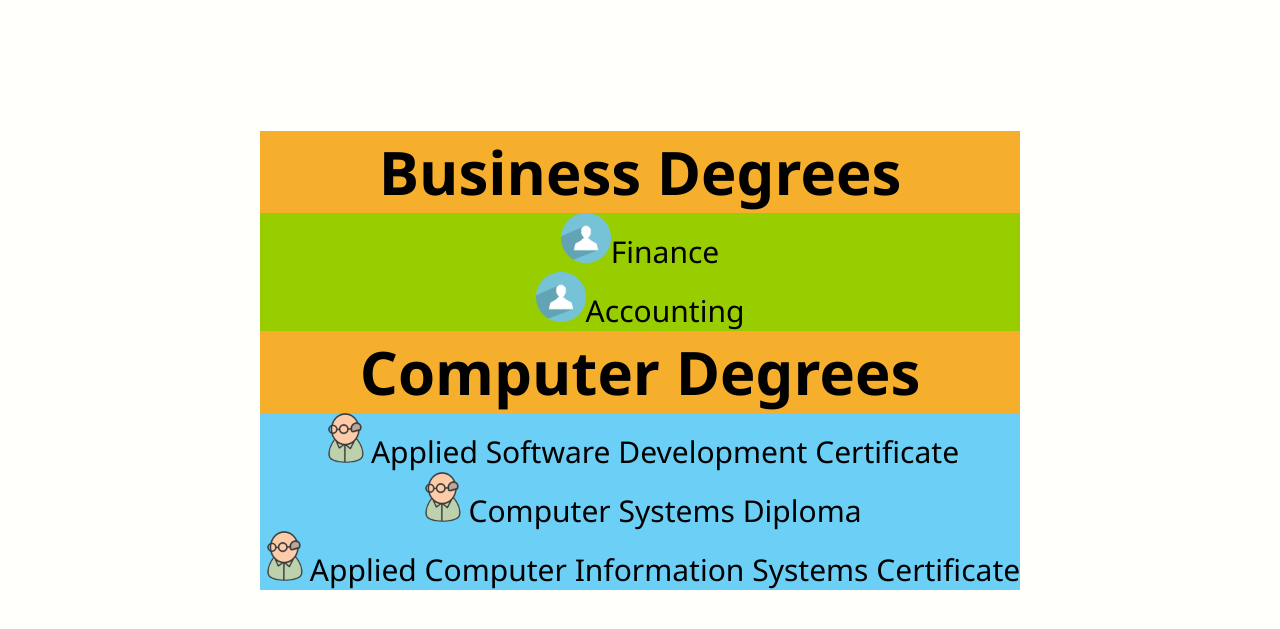
Repository: NeemaToto/mdia2109week3
Page: /
An editor plug-in stored every save of this project. The page is shown before and after the next save, followed by the edit.
The browser window is 1280 px wide. The pictures show the whole page.
The project was rebuilt for these pictures with package versions that can differ from the ones it lists, and the page was loaded fresh each time. The framework's server and built-in components were replaced by stand-ins that run in the browser. Also part of the build but not shown: next.config.js.

Above is the page before, as saved 2023-01-19 12:53:22.

### pages/index.js
import Head from 'next/head'
import Image from 'next/image'
import { Inter } from '@next/font/google'
import styles from '@/styles/Home.module.css'
import data from '../data/education.json'
import { useState } from 'react'
import Card from '../components/card'
import Link from 'next/link'

const inter = Inter({ subsets: ['latin'] })

export default function Home() {
  console.log(data);
  const [information, setInformation] = useState([...data]);

  return (
    <>
      <Head>
        <title>Departments of School</title>
        <meta name="description" content="Generated by create next app" />
        <meta name="viewport" content="width=device-width, initial-scale=1" />
        <link rel="icon" href="/degree-icon.png"/>
      </Head>
      <main className={styles.main}>
        <div className={styles.degrees}>
          <h1 className=''>Business Degrees</h1>
          {
            information && information.map((info, index) => {
              if (info.department === "Business") {
                return (
                  <Card key={index} degree={info.degree} colour="#98CE00" font="30px" />
                )
              }
            })
          }
          <h1>Computer Degrees</h1>
          {
            information && information.map((info, index) => {
              if (info.department === "Computing") {
                return (
                  <Card key={index} degree={info.degree} colour="#6CCFF6" font="30px" />
                )
              }
            })
          }
        </div>
      </main>
    </>
  )
}

### styles/globals.css
:root {
  --max-width: 1100px;
  --border-radius: 12px;
  --font-mono: ui-monospace, Menlo, Monaco, 'Cascadia Mono', 'Segoe UI Mono',
    'Roboto Mono', 'Oxygen Mono', 'Ubuntu Monospace', 'Source Code Pro',
    'Fira Mono', 'Droid Sans Mono', 'Courier New', monospace;

  --foreground-rgb: 0, 0, 0;
  --background-start-rgb: 214, 219, 220;
  --background-end-rgb: 255, 255, 255;

  --primary-glow: conic-gradient(
    from 180deg at 50% 50%,
    #16abff33 0deg,
    #0885ff33 55deg,
    #54d6ff33 120deg,
    #0071ff33 160deg,
    transparent 360deg
  );
  --secondary-glow: radial-gradient(
    rgba(255, 255, 255, 1),
    rgba(255, 255, 255, 0)
  );

  --tile-start-rgb: 239, 245, 249;
  --tile-end-rgb: 228, 232, 233;
  --tile-border: conic-gradient(
    #00000080,
    #00000040,
    #00000030,
    #00000020,
    #00000010,
    #00000010,
    #00000080
  );

  --callout-rgb: 238, 240, 241;
  --callout-border-rgb: 172, 175, 176;
  --card-rgb: 180, 185, 188;
  --card-border-rgb: 131, 134, 135;
}

@media (prefers-color-scheme: dark) {
  :root {
    --foreground-rgb: 255, 255, 255;
    --background-start-rgb: 0, 0, 0;
    --background-end-rgb: 0, 0, 0;

    --primary-glow: radial-gradient(rgba(1, 65, 255, 0.4), rgba(1, 65, 255, 0));
    --secondary-glow: linear-gradient(
      to bottom right,
      rgba(1, 65, 255, 0),
      rgba(1, 65, 255, 0),
      rgba(1, 65, 255, 0.3)
    );

    --tile-start-rgb: 2, 13, 46;
    --tile-end-rgb: 2, 5, 19;
    --tile-border: conic-gradient(
      #ffffff80,
      #ffffff40,
      #ffffff30,
      #ffffff20,
      #ffffff10,
      #ffffff10,
      #ffffff80
    );

    --callout-rgb: 20, 20, 20;
    --callout-border-rgb: 108, 108, 108;
    --card-rgb: 100, 100, 100;
    --card-border-rgb: 200, 200, 200;
  }
}

* {
  box-sizing: border-box;
  padding: 0;
  margin: 0;
}

html,
body {
  max-width: 100vw;
  overflow-x: hidden;
}

body {
  color: rgb(var(--foreground-rgb));
  background: linear-gradient(
      to bottom,
      transparent,
      rgb(var(--background-end-rgb))
    )
    rgb(var(--background-start-rgb));
}

a {
  color: inherit;
  text-decoration: none;
}

@media (prefers-color-scheme: dark) {
  html {
    color-scheme: dark;
  }
}

### styles/Home.module.css
.main {
  display: flex;
  flex-direction: row;
  justify-content: center;
  align-items: center;
  padding: 6rem;
  min-height: 100vh;
  background-color: #FFFFFC;
}

.description {
  display: inherit;
  justify-content: inherit;
  align-items: inherit;
  font-size: 0.85rem;
  max-width: var(--max-width);
  width: 100%;
  z-index: 2;
  font-family: var(--font-mono);
}

.description a {
  display: flex;
  justify-content: center;
  align-items: center;
  gap: 0.5rem;
}

.description p {
  position: relative;
  margin: 0;
  padding: 1rem;
  background-color: rgba(var(--callout-rgb), 0.5);
  border: 1px solid rgba(var(--callout-border-rgb), 0.3);
  border-radius: var(--border-radius);
}

.code {
  font-weight: 700;
  font-family: var(--font-mono);
}

.grid {
  display: grid;
  grid-template-columns: repeat(4, minmax(25%, auto));
  width: var(--max-width);
  max-width: 100%;
}

.card {
  padding: 1rem 1.2rem;
  border-radius: var(--border-radius);
  background: rgba(var(--card-rgb), 0);
  border: 1px solid rgba(var(--card-border-rgb), 0);
  transition: background 200ms, border 200ms;
}

.card span {
  display: inline-block;
  transition: transform 200ms;
}

.card h2 {
  font-weight: 600;
  margin-bottom: 0.7rem;
}

.card p {
  margin: 0;
  opacity: 0.6;
  font-size: 0.9rem;
  line-height: 1.5;
  max-width: 30ch;
}

.center {
  display: flex;
  justify-content: center;
  align-items: center;
  position: relative;
  padding: 4rem 0;
}

.center::before {
  background: var(--secondary-glow);
  border-radius: 50%;
  width: 480px;
  height: 360px;
  margin-left: -400px;
}

.center::after {
  background: var(--primary-glow);
  width: 240px;
  height: 180px;
  z-index: -1;
}

.center::before,
.center::after {
  content: '';
  left: 50%;
  position: absolute;
  filter: blur(45px);
  transform: translateZ(0);
}

.logo,
.thirteen {
  position: relative;
}

.thirteen {
  display: flex;
  justify-content: center;
  align-items: center;
  width: 75px;
  height: 75px;
  padding: 25px 10px;
  margin-left: 16px;
  transform: translateZ(0);
  border-radius: var(--border-radius);
  overflow: hidden;
  box-shadow: 0px 2px 8px -1px #0000001a;
}

.thirteen::before,
.thirteen::after {
  content: '';
  position: absolute;
  z-index: -1;
}

/* Conic Gradient Animation */
.thirteen::before {
  animation: 6s rotate linear infinite;
  width: 200%;
  height: 200%;
  background: var(--tile-border);
}

/* Inner Square */
.thirteen::after {
  inset: 0;
  padding: 1px;
  border-radius: var(--border-radius);
  background: linear-gradient(
    to bottom right,
    rgba(var(--tile-start-rgb), 1),
    rgba(var(--tile-end-rgb), 1)
  );
  background-clip: content-box;
}

/* Enable hover only on non-touch devices */
@media (hover: hover) and (pointer: fine) {
  .card:hover {
    background: rgba(var(--card-rgb), 0.1);
    border: 1px solid rgba(var(--card-border-rgb), 0.15);
  }

  .card:hover span {
    transform: translateX(4px);
  }
}

@media (prefers-reduced-motion) {
  .thirteen::before {
    animation: none;
  }

  .card:hover span {
    transform: none;
  }
}

/* Mobile */
@media (max-width: 700px) {
  .content {
    padding: 4rem;
  }

  .grid {
    grid-template-columns: 1fr;
    margin-bottom: 120px;
    max-width: 320px;
    text-align: center;
  }

  .card {
    padding: 1rem 2.5rem;
  }

  .card h2 {
    margin-bottom: 0.5rem;
  }

  .center {
    padding: 8rem 0 6rem;
  }

  .center::before {
    transform: none;
    height: 300px;
  }

  .description {
    font-size: 0.8rem;
  }

  .description a {
    padding: 1rem;
  }

  .description p,
  .description div {
    display: flex;
    justify-content: center;
    position: fixed;
    width: 100%;
  }

  .description p {
    align-items: center;
    inset: 0 0 auto;
    padding: 2rem 1rem 1.4rem;
    border-radius: 0;
    border: none;
    border-bottom: 1px solid rgba(var(--callout-border-rgb), 0.25);
    background: linear-gradient(
      to bottom,
      rgba(var(--background-start-rgb), 1),
      rgba(var(--callout-rgb), 0.5)
    );
    background-clip: padding-box;
    backdrop-filter: blur(24px);
  }

  .description div {
    align-items: flex-end;
    pointer-events: none;
    inset: auto 0 0;
    padding: 2rem;
    height: 200px;
    background: linear-gradient(
      to bottom,
      transparent 0%,
      rgb(var(--background-end-rgb)) 40%
    );
    z-index: 1;
  }
}

/* Tablet and Smaller Desktop */
@media (min-width: 701px) and (max-width: 1120px) {
  .grid {
    grid-template-columns: repeat(2, 50%);
  }
}

@media (prefers-color-scheme: dark) {
  .vercelLogo {
    filter: invert(1);
  }

  .logo,
  .thirteen img {
    filter: invert(1) drop-shadow(0 0 0.3rem #ffffff70);
  }
}

@keyframes rotate {
  from {
    transform: rotate(360deg);
  }
  to {
    transform: rotate(0deg);
  }
}

.degrees{
  font-size: 30px;
  text-align: center;
  font-family: 'Segoe UI', Tahoma, Geneva, Verdana, sans-serif;
  background-color: #F6AE2D;
}

### data/education.json
[
        {
            "studentNumber": "A0004567",
            "firstName": "Person 1",
            "gpa": 3.8,
            "department": "Business",
            "degree": "Finance",
            "graduted": 2014
        },
        {
            "studentNumber": "A0001234",
            "firstName": "Person 2",
            "gpa": 3.5,
            "department": "Business",
            "degree": "Accounting",
            "graduted": 2010
        },
        {
            "studentNumber": "A0007890",
            "firstName": "Person 3",
            "gpa": 3.2,
            "department": "Computing",
            "degree": "Applied Software Development Certificate",
            "graduted": 2018
        },
        {
            "studentNumber": "A0007828",
            "firstName": "Person 4",
            "gpa": 3.9,
            "department": "Computing",
            "degree": "Computer Systems Diploma",
            "graduted": 2021
        },
        {
            "studentNumber": "A0003425",
            "firstName": "Person 5",
            "gpa": 3.2,
            "department": "Computing",
            "degree": "Applied Computer Information Systems Certificate",
            "graduted": 2021
        }
]

### components/card/index.js
export default function Card({
    degree = "none",
    colour = "purple",
    font = 0,
    image = 'icon/personTwo.png'
}){
    return(
        <div style={{backgroundColor: colour, fontSize: font}}>
            {
                colour === "#98CE00" ? <img src={'icon/person.png'} width="50"/> :
                colour === "#6CCFF6" ? <img src={'icon/personThree.png'} width="50"/> :
                                    <img src={image} width="50"/>
            }
            {degree}
        </div>
    )
}

Loaded but not shown: pages/_app.js (common file); pages/_document.js (common file)

After the next save:
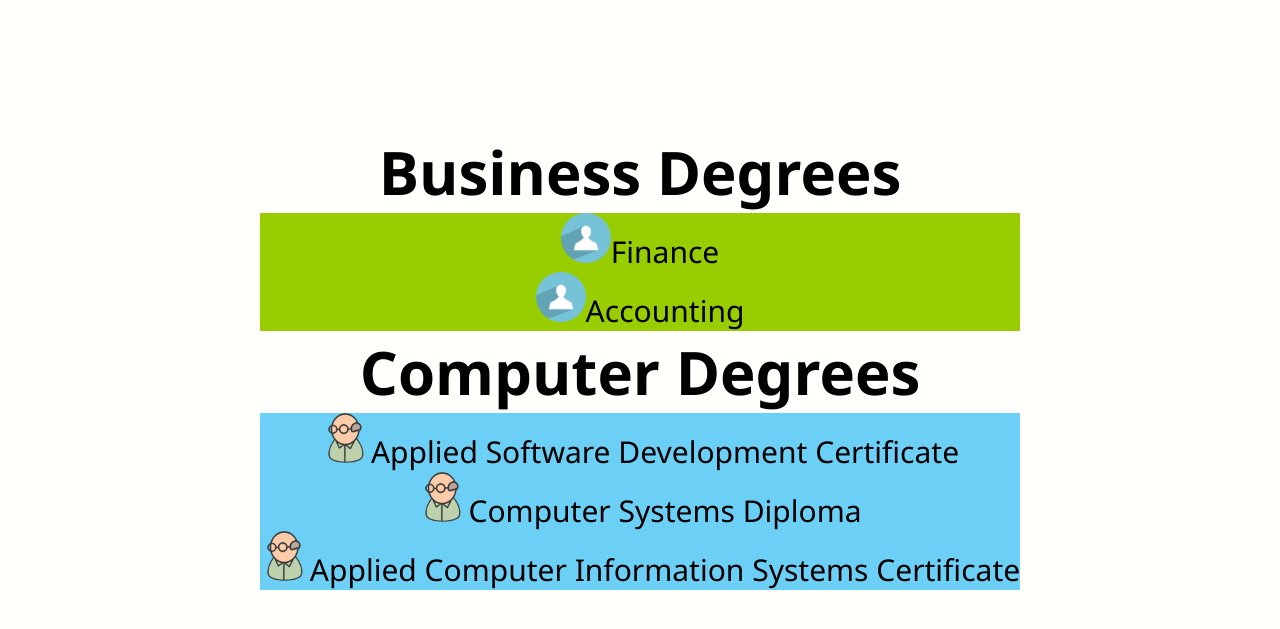
Saved 9 s later.
--- a/styles/Home.module.css
+++ b/styles/Home.module.css
@@ -282,5 +282,4 @@
   font-size: 30px;
   text-align: center;
   font-family: 'Segoe UI', Tahoma, Geneva, Verdana, sans-serif;
-  background-color: #F6AE2D;
-}
+}
